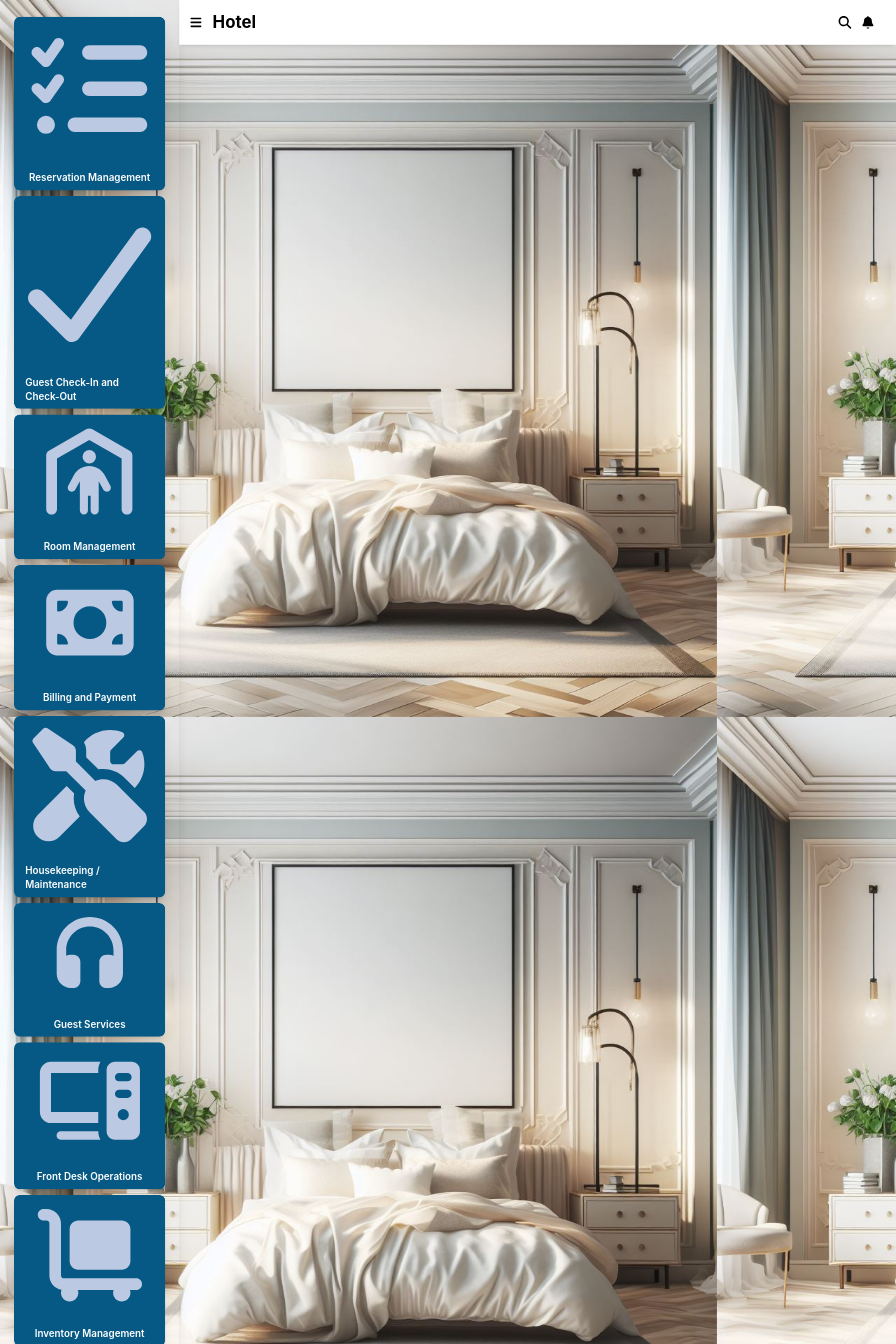
Repository: musabismael/Hotel
Page: /pos
These files come from the project's save history. The page is drawn as it stood at one moment and after the next save; the edit follows.
The browser window is 1280 px wide. The pictures show the part of the page from y = 0 to 1920 px (the page is 3016 px tall), at 70% of full size.
The project was rebuilt for these pictures with package versions that can differ from the ones it lists, and the page was loaded fresh each time. Also part of the build but not shown: vite.config.js, src/App.css, src/pages/ReservationManagement.jsx, src/pages/GuestCheckInOut.jsx, src/pages/RoomManagement.jsx, src/pages/BillingPayment.jsx, src/pages/HousekeepingMaintenance.jsx, src/pages/GuestServices.jsx and 5 more.

Above is the page before, as saved 2023-10-01 18:39:07.

### index.html
<!doctype html>
<html lang="en">
  <head>
    <meta charset="UTF-8" />
    <link rel="icon" type="image/svg+xml" href="/vite.svg" />
    <meta name="viewport" content="width=device-width, initial-scale=1.0" />
    <title>Hotel</title>
  </head>
  <body>
    <div id="root"></div>
    <script type="module" src="/src/main.jsx"></script>
  </body>
</html>

### src/App.jsx
import "./App.css";
import { createBrowserRouter } from "react-router-dom";
import { RouterProvider } from "react-router";
import LandingPageLayout from "./layouts/LandingPageLayout";
import ReservationManagement from "./pages/ReservationManagement";
import GuestCheckInOut from "./pages/GuestCheckInOut";
import RoomManagement from "./pages/RoomManagement";
import BillingPayment from "./pages/BillingPayment";
import HousekeepingMaintenance from "./pages/HousekeepingMaintenance";
import GuestServices from "./pages/GuestServices";
import FrontDeskOperations from "./pages/FrontDeskOperations";
import InventoryManagement from "./pages/InventoryManagement";
import ReportingAnalytics from "./pages/ReportingAnalytics";
import SecurityAccessControl from "./pages/SecurityAccessControl";
import PointOfSale from "./pages/PointOfSale";
import CRM from "./pages/CRM"; // Import the CRM component
const router = createBrowserRouter([
  {
    path: "/",
    element: <LandingPageLayout />,
    children: [
      {
        path: "/reservation_management",
        element: <ReservationManagement />,
      },
      {
        path: "/guestCheckInOut",
        element: <GuestCheckInOut />,
      },
      {
        path: "/billing_and_payment",
        element: <BillingPayment />,
      },
      {
        path: "/room_management",
        element: <RoomManagement />,
      },
      {
        path: "/housekeeping_maintenance",
        element: <HousekeepingMaintenance />,
      },
      {
        path: "/guest_services",
        element: <GuestServices />,
      }, {
        path: "/desk_operations",
        element: <FrontDeskOperations />,
      }, {
        path: "/security_control",
        element: <SecurityAccessControl />,
      },
      {
        path: "/reporting_and_analytics",
        element: <ReportingAnalytics />,
      }, {
        path: "/inventory_management",
        element: <InventoryManagement />,
      },
      {
        path: "/pos",
        element: <PointOfSale />,
      },
      {
        path: "/crm",
        element: <CRM />,
      },
    ],
  },
]);

const App = () => <RouterProvider router={router} />;
export default App;

### src/index.css
@tailwind base;
@tailwind components;
@tailwind utilities;

:root {
  font-family: Inter, system-ui, Avenir, Helvetica, Arial, sans-serif;
  line-height: 1.5;
  font-weight: 400;
  background-image: url("cover.jpeg"), url("cover.jpeg");
  background-color:#397398;

  font-synthesis: none;
  text-rendering: optimizeLegibility;
  -webkit-font-smoothing: antialiased;
  -moz-osx-font-smoothing: grayscale;
  -webkit-text-size-adjust: 100%;
}

### src/layouts/LandingPageLayout.jsx
import { Outlet } from "react-router";
import Header from "../component/Header";
import Sidebar from "../component/Sidebar";
const LandingPageLayout = () => {
  return (
    <div className="flex #3d7c9f">
      <Sidebar />

      <div className="flex-1">
        <Header />
        <main className="p-4">
          <Outlet />
        </main>
      </div>
    </div>
  );
};

export default LandingPageLayout;

### src/pages/PointOfSale.jsx

const PointOfSale = () => {
  return (
    <div>

    </div>
  )
}

export default PointOfSale

### src/component/Header.jsx
import { FontAwesomeIcon } from "@fortawesome/react-fontawesome";
import { faBars, faBell, faSearch } from "@fortawesome/free-solid-svg-icons";

function Header() {
  return (
    <header className="bg-white shadow-md p-4 flex justify-between items-center sticky top-0 w-full ">
      <div className="flex items-center">
        <FontAwesomeIcon
          icon={faBars}
          className="text-black mr-4 text-lg color"
        />
        <h1 className="text-2xl font-bold text-black">Hotel</h1>
      </div>
      <div className="flex items-center">
        <FontAwesomeIcon icon={faSearch} className="text-black text-lg mr-4" />
        <FontAwesomeIcon icon={faBell} className="text-black text-lg mr-4" />

        {/* Add other icons or elements on the right side here */}
      </div>
    </header>
  );
}

export default Header;

### src/component/Sidebar.jsx
import Card from "./Card";
import {
  faPersonShelter,
  faListCheck,
  faCheck,
  faMoneyBill,
  faScrewdriverWrench,
  faHeadphones,
  faComputer,
  faCartFlatbed,
  faPersonMilitaryPointing,
  faChartBar,
  faKey,
  faBookmark

} from "@fortawesome/free-solid-svg-icons";

const Sidebar = () => {
  const cardData = [
    {
      id: 1,
      title: "Reservation Management",
      description:
        "Online booking, availability calendar, and booking modification.",
      icon: faListCheck,
      link: "/reservation_management",
    },
    {
      id: 2,
      title: "Guest Check-In and Check-Out",
      description: "Guest registration, check-out, and key card issuance.",
      icon: faCheck,
      link: "/GuestCheckInOut",
    },
    {
      id: 3,
      title: "Room Management",
      description: "Room assignment, status updates, and inventory tracking.",
      icon: faPersonShelter,
      link: "/room_Management",
    },
    {
      id: 4,
      title: "Billing and Payment",
      description: "Invoicing, payment processing, and split billing.",
      icon: faMoneyBill,
      link: "/billing_and_payment",
    },
    {
      id: 5,
      title: "Housekeeping / Maintenance",
      description:
        "Housekeeping schedule, maintenance requests, and inventory management.",
      icon: faScrewdriverWrench,
      link: "/housekeeping_maintenance",
    },
    {
      id: 6,
      title: "Guest Services",
      description:
        "Concierge services, room service, wake-up calls, and laundry services.",
      icon: faHeadphones,
      link: "/guest_services",
    },
    {
      id: 7,
      title: "Front Desk Operations",
      description: "Guest inquiries, check-in/out, and guest profile access.",
      icon: faComputer,
      link: "/desk_operations",
    },
    {
      id: 8,
      title: "Inventory Management",
      description: "Managing hotel supplies and amenities.",
      icon: faCartFlatbed,
      link: "/inventory_management",
    },
    {
      id: 9,
      title: "Reporting and Analytics",
      description: "Generate reports on occupancy, revenue, and key metrics.",
      icon: faChartBar,
      link: "/reporting_and_analytics",
    },

    {
      id: 10,
      title: "Security and Access Control",
      description: "Surveillance camera integration and access control.",
      icon: faKey,
      link: "/security_control",
    },
    {
      id: 11,
      title: "Point of Sale (POS)",
      description:
        "Integration with on-site restaurants, bars, and gift shops.",
      icon: faBookmark,
      link: "/pos",
    },

    {
      id: 12,
      title: "Customer Relationship Management (CRM)",
      description: "Guest profiles, preferences, and loyalty programs.",
      icon: faPersonMilitaryPointing,
      link: "/crm",
    },

    // Add more service/feature objects here
  ];

  const handleCardClick = (id) => {
    console.log(`Card with ID ${id} clicked`);
  };
  return (
    <aside className="bg-white-700  w-1/5 min-h-screen p-4 mt-auto shadow-lg">
      <nav>
        {cardData.map((card) => (
          <Card
            key={card.id}
            link={card.link}
            icon={card.icon}
            title={card.title}
            onClick={() => handleCardClick(card.id)}
          />
        ))}
      </nav>
    </aside>
  );
};

export default Sidebar;

### src/component/Card.jsx
import { Link } from "react-router-dom";
import { FontAwesomeIcon } from "@fortawesome/react-fontawesome";
function Card({ link, icon, title, onClick }) {
  return (
    <div
      className="max-w-sm  mx-1 my-2 cursor-pointer shadow-lg rounded-lg overflow-hidden hover:shadow-xl transition duration-300 transform hover:scale-105"
      onClick={onClick}
    >
      <div className="bg-sky-800 rounded-lg overflow-hidden shadow-lg flex flex-col items-center justify-center">
        <Link to={link} className="text-blue-600 hover:text-blue-800">

          <FontAwesomeIcon
            icon={icon}
            size="2xs"
            className=" w-auto p-5 h-auto object-cover"
            style={{color: "#bbc9e2",}}
          />

          <div className="px-4 py-2 items-center">
            <h3 className=" text-white text-sm  flex flex-col text-ellipsis items-center font-semibold">
              {title}
            </h3>
            {/* Add more content or description here if needed */}
          </div>
        </Link>
      </div>
    </div>
  );
}

export default Card;

### tailwind.config.js
/** @type {import('tailwindcss').Config} */
export default {
  content: [
    "./index.html",
    "./src/**/*.{js,ts,jsx,tsx}",
  ],
  theme: {
    extend: {
      fontFamily: {
        'custom': ['CustomFont', 'sans'],
      },
      textColor: {
        'custom': '#333333', // Custom text color
      },
    },
  },
  plugins: [],
}

Loaded but not shown: src/main.jsx (common file)

After the next save:
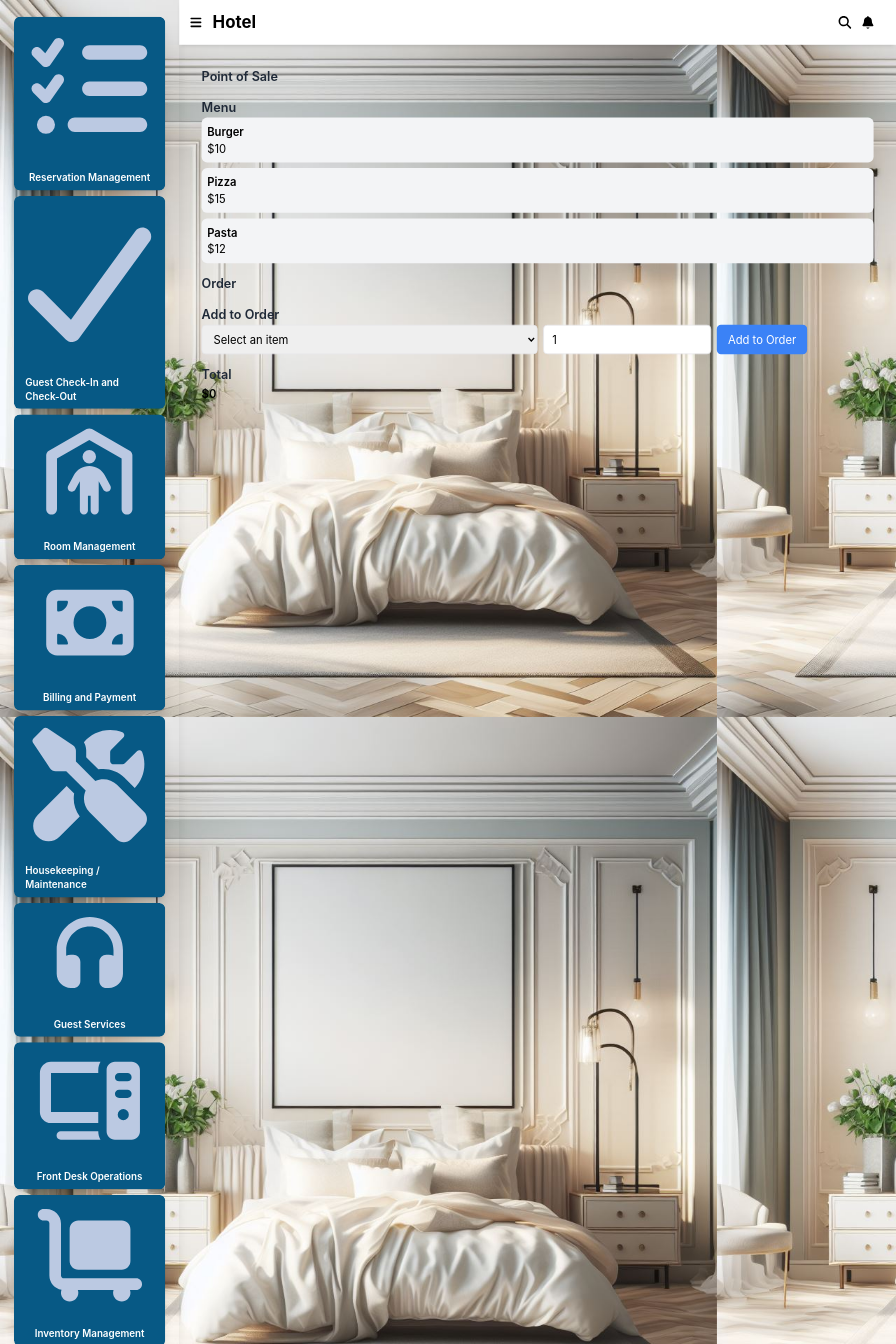
Saved 2 min 3 s later.
--- a/src/pages/PointOfSale.jsx
+++ b/src/pages/PointOfSale.jsx
@@ -1,10 +1,131 @@
+import React, { useState } from 'react';
 
 const PointOfSale = () => {
+  const [orderItems, setOrderItems] = useState([]);
+  const [selectedMenuItem, setSelectedMenuItem] = useState(null);
+  const [quantity, setQuantity] = useState(1);
+
+  // Sample menu items
+  const menuItems = [
+    { id: 1, name: 'Burger', price: 10 },
+    { id: 2, name: 'Pizza', price: 15 },
+    { id: 3, name: 'Pasta', price: 12 },
+    // Add more menu items here
+  ];
+
+  const addToOrder = () => {
+    if (!selectedMenuItem) {
+      alert('Please select a menu item.');
+      return;
+    }
+
+    const orderItem = {
+      menuItem: selectedMenuItem,
+      quantity,
+      total: selectedMenuItem.price * quantity,
+    };
+
+    setOrderItems([...orderItems, orderItem]);
+    setSelectedMenuItem(null);
+    setQuantity(1);
+  };
+
+  const removeOrderItem = (index) => {
+    const updatedOrderItems = [...orderItems];
+    updatedOrderItems.splice(index, 1);
+    setOrderItems(updatedOrderItems);
+  };
+
+  const calculateTotal = () => {
+    return orderItems.reduce((total, item) => total + item.total, 0);
+  };
+
   return (
-    <div>
+    <div className="container mx-auto p-4">
+      <h2 className="text-lg text-gray-800 font-semibold mb-4">Point of Sale</h2>
 
+      <div className="mb-4">
+        <h3 className="text-lg text-gray-800 font-semibold">Menu</h3>
+        <ul className="space-y-2">
+          {menuItems.map((menuItem) => (
+            <li
+              key={menuItem.id}
+              className={`p-2 rounded-lg ${
+                selectedMenuItem && selectedMenuItem.id === menuItem.id
+                  ? 'bg-blue-100'
+                  : 'bg-gray-100 hover:bg-blue-100 cursor-pointer'
+              }`}
+              onClick={() => setSelectedMenuItem(menuItem)}
+            >
+              <span className="font-semibold">{menuItem.name}</span>
+              <p>${menuItem.price}</p>
+            </li>
+          ))}
+        </ul>
+      </div>
+
+      <div className="mb-4">
+        <h3 className="text-lg text-gray-800 font-semibold">Order</h3>
+        <ul className="space-y-2">
+          {orderItems.map((orderItem, index) => (
+            <li key={index} className="p-2 rounded-lg bg-gray-100">
+              <div className="flex items-center justify-between">
+                <span className="font-semibold">
+                  {orderItem.menuItem.name} (x{orderItem.quantity})
+                </span>
+                <p>${orderItem.total}</p>
+              </div>
+              <button
+                className="bg-red-500 text-white py-1 px-2 rounded-md mt-2"
+                onClick={() => removeOrderItem(index)}
+              >
+                Remove
+              </button>
+            </li>
+          ))}
+        </ul>
+      </div>
+
+      <div className="mb-4">
+        <h3 className="text-lg text-gray-800 font-semibold">Add to Order</h3>
+        <div className="flex space-x-2">
+          {/* Menu Item Dropdown */}
+          <select
+            className="w-1/2 border rounded-md py-2 px-3"
+            onChange={(e) => setSelectedMenuItem(menuItems.find((item) => item.id === +e.target.value))}
+            value={selectedMenuItem ? selectedMenuItem.id : ''}
+          >
+            <option value="">Select an item</option>
+            {menuItems.map((menuItem) => (
+              <option key={menuItem.id} value={menuItem.id}>
+                {menuItem.name}
+              </option>
+            ))}
+          </select>
+          {/* Quantity Input */}
+          <input
+            type="number"
+            placeholder="Quantity"
+            className="w-1/4 border rounded-md py-2 px-3"
+            value={quantity}
+            onChange={(e) => setQuantity(e.target.value)}
+          />
+          {/* Add to Order Button */}
+          <button
+            className="bg-blue-500 text-white py-2 px-4 rounded-md"
+            onClick={addToOrder}
+          >
+            Add to Order
+          </button>
+        </div>
+      </div>
+
+      <div className="mt-4">
+        <h3 className="text-lg text-gray-800 font-semibold">Total</h3>
+        <p className="font-semibold">${calculateTotal()}</p>
+      </div>
     </div>
-  )
-}
+  );
+};
 
-export default PointOfSale
+export default PointOfSale;
